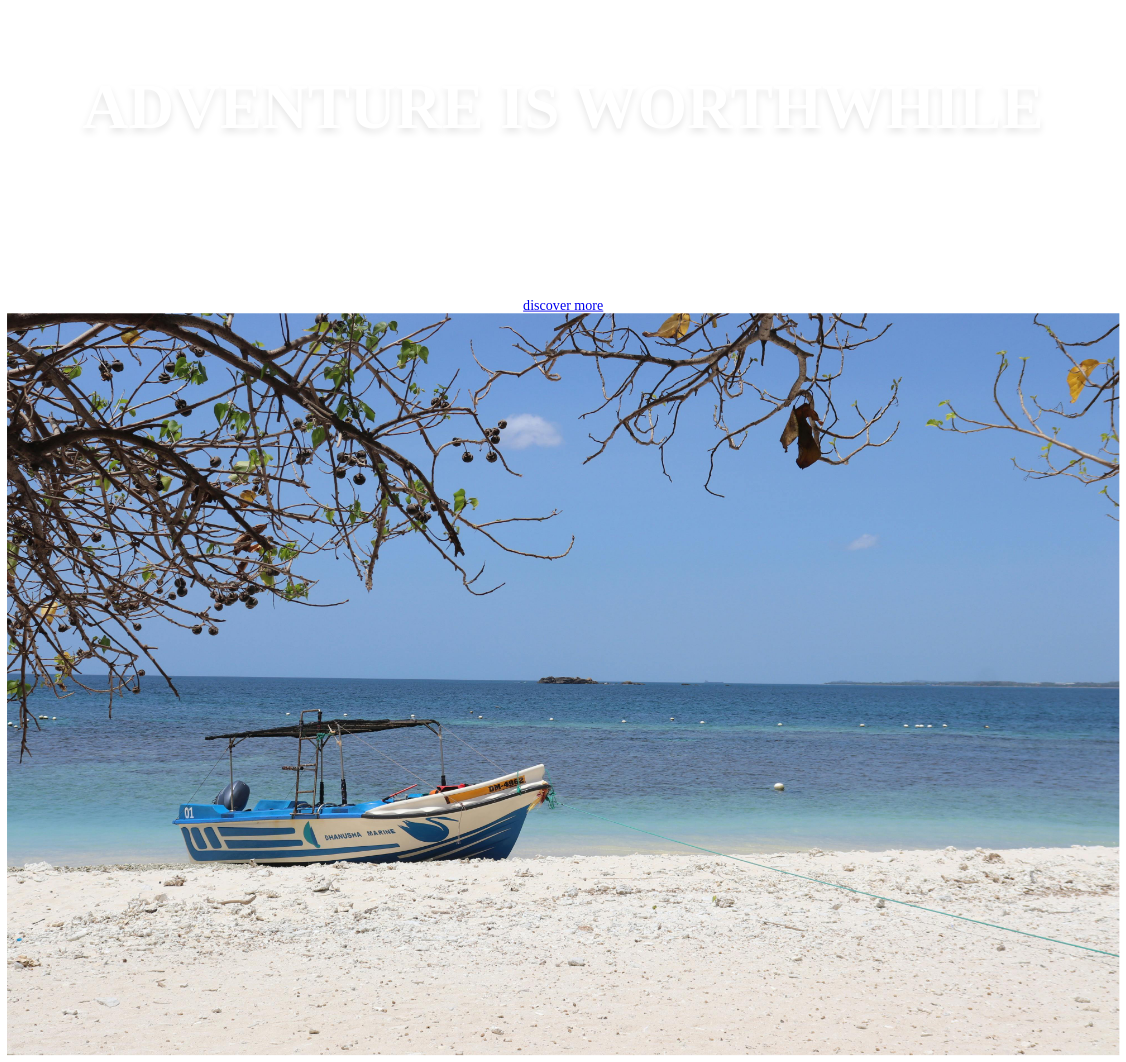
Repository: KasunInd27/Ceylon-Journey
Page: Home/home.html
An editor plug-in stored every save of this project. The page is shown before and after the next save, followed by the edit.
The browser window is 1280 px wide. The pictures show the whole page, at 88% of full size.

Above is the page before, as saved 2024-10-05 13:27:25.
Console error: SyntaxError: Unexpected token '<'

### Home/home.html
<!DOCTYPE html>
<html lang="en">
<head>
    <meta charset="UTF-8">
    <meta name="viewport" content="width=device-width, initial-scale=1.0">
    <!-- Font Awesome CDN link for using icons -->
    <link rel="stylesheet" href="https://cdnjs.cloudflare.com/ajax/libs/font-awesome/5.15.3/css/all.min.css">
    <link href="https://fonts.googleapis.com/css2?family=Roboto:wght@400;700&display=swap" rel="stylesheet">

    <link rel="stylesheet" href="CSS/home.css">
    <script src="JS/home.js"></script>
    <style>
        .mySlides {display:none;}
    </style>
    <title>Home Page</title>
</head>
<body>
    <section class="home" id="home">
        <div class="content">
            <h3>adventure is worthwhile</h3>
            <p>discover new places with us,adventure awaits</p>
            <a href="#" class="btn">discover more</a>
        </div>

        <div class="slide" style="max-width:100%">
            <img class="homeSlides" src="../image/train.jpg" style="width:100%">
            <img class="homeSlides" src="../image/elephants.jpg" style="width:100%">
            <img class="homeSlides" src="../image/boat.jpg" style="width:100%">
            <img class="homeSlides" src="../image/fish.jpg" style="width:100%">
            <img class="homeSlides" src="../image/arc.jpg" style="width:100%">
        </div>
    </section>

    <script>
        var myIndex = 0;
        carousel();

        function carousel() {
          var i;
          var x = document.getElementsByClassName("homeSlides");
          for (i = 0; i < x.length; i++) {
            x[i].style.display = "none";
          }
          myIndex++;
          if (myIndex > x.length) {myIndex = 1}
          x[myIndex-1].style.display = "block";
          setTimeout(carousel, 2000); // Change image every 2 seconds
        }
        </script>


</body>
</html>

### Home/CSS/home.css
.home.controls {
    padding: 1rem;
    border-radius: 5rem;
    background: rgba(0, 0, 0, .7);
    position: relative;
    top: 10rem;

}

.home .controls .img-btn {

    height: 2rem;
    width: 2rem;
    display: inline-block;
    border-radius: 50%;
    background: #fff;
    cursor: pointer;
    margin: 0 .5rem;

}
.home .controls .img-btn.active {
    background: var(--orange);

}
#home {
    min-height: 100vh;
    /* Ensures it takes up the full viewport height */
    display: flex;
    /* Enables flexbox layout */
    align-items: center;
    /* Vertically centers content */
    justify-content: center;
    /* Horizontally centers content */
    flex-flow: column;
    /* Aligns children in a column layout */
    position: relative;
    /* Allows child elements to use absolute positioning */
    z-index: 0;
    /* Ensures this section has the correct stacking order */
}
.home .content {
    text-align: center;
    /* Centers the text within the .content container */
}
/* Styles for h3 elements inside the .content class within the .home section */

.home .content h3 {
    font-size: 4.5rem;
    /* Sets a large font size for the heading */
    color: #fff;
    /* White text color */
    text-transform: uppercase;
    /* Makes the text uppercase */
    text-shadow: 0 .3rem .5rem rgba(0, 0, 0, .1);
    /* Adds a soft shadow to the text */
}

.home .content p {
    font-size: 2.5rem;
    /* Sets the font size for paragraphs inside the .content class in the .home section */
    color: #fff;
    /* Sets the text color to white */
    padding: 0.5rem 0;
    /* Adds vertical padding (top and bottom) of 0.5rem */
}

### Home/JS/home.js
<!DOCTYPE html>
<html lang="en">
<head>
    <meta charset="UTF-8">
    <meta name="viewport" content="width=device-width, initial-scale=1.0">
    <!-- Font Awesome CDN link for using icons -->
    <link rel="stylesheet" href="https://cdnjs.cloudflare.com/ajax/libs/font-awesome/5.15.3/css/all.min.css">
    <link href="https://fonts.googleapis.com/css2?family=Roboto:wght@400;700&display=swap" rel="stylesheet">

    <link rel="stylesheet" href="CSS/home.css">
    <script src="JS/home.js"></script>
    <style>.imgSlide {display:none;}</style>
    <title>Home Page</title>
</head>
<body>
    <section class="home" id="home">
        <div class="content">
            <h3>adventure is worthwhile</h3>
            <p>discover new places with us,adventure awaits</p>
            <a href="#" class="btn">discover more</a>
        </div>

        <div class="image-slide" style="max-width:500px">
            <img class="imgSlide" src="../image/train.jpg" style="width:100%">
            <img class="imgSlide" src="../image/elephants.jpg" style="width:100%">
            <img class="imgSlide" src="../image/boats.jpg" style="width:100%">
            <img class="imgSlide" src="../image/fish.jpg" style="width:100%">
            <img class="imgSlide" src="../image/arc.jpg" style="width:100%">

        </div>


    </section>
</body>
</html>

After the next save:
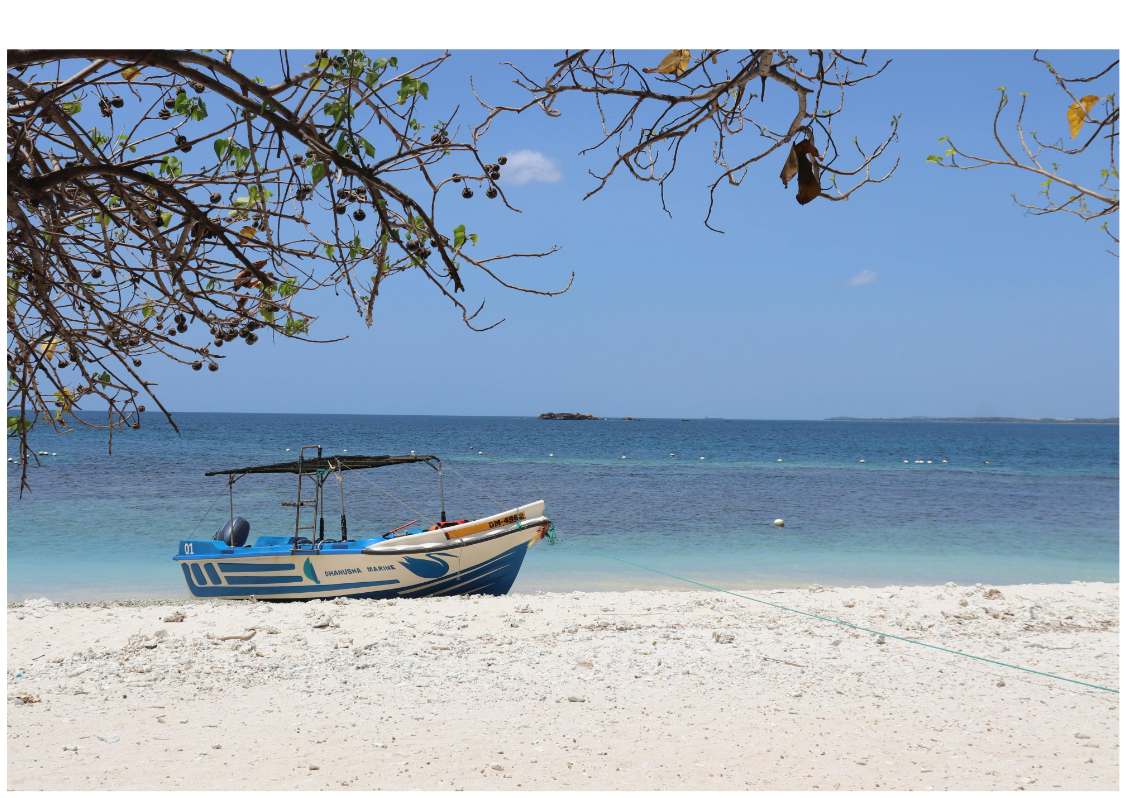
Saved 2 min 52 s later.
--- a/Home/CSS/home.css
+++ b/Home/CSS/home.css
@@ -63,3 +63,8 @@
     padding: 0.5rem 0;
     /* Adds vertical padding (top and bottom) of 0.5rem */
 }
+
+.slide
+{
+    margin-top: -300px;
+}

After the save that followed:
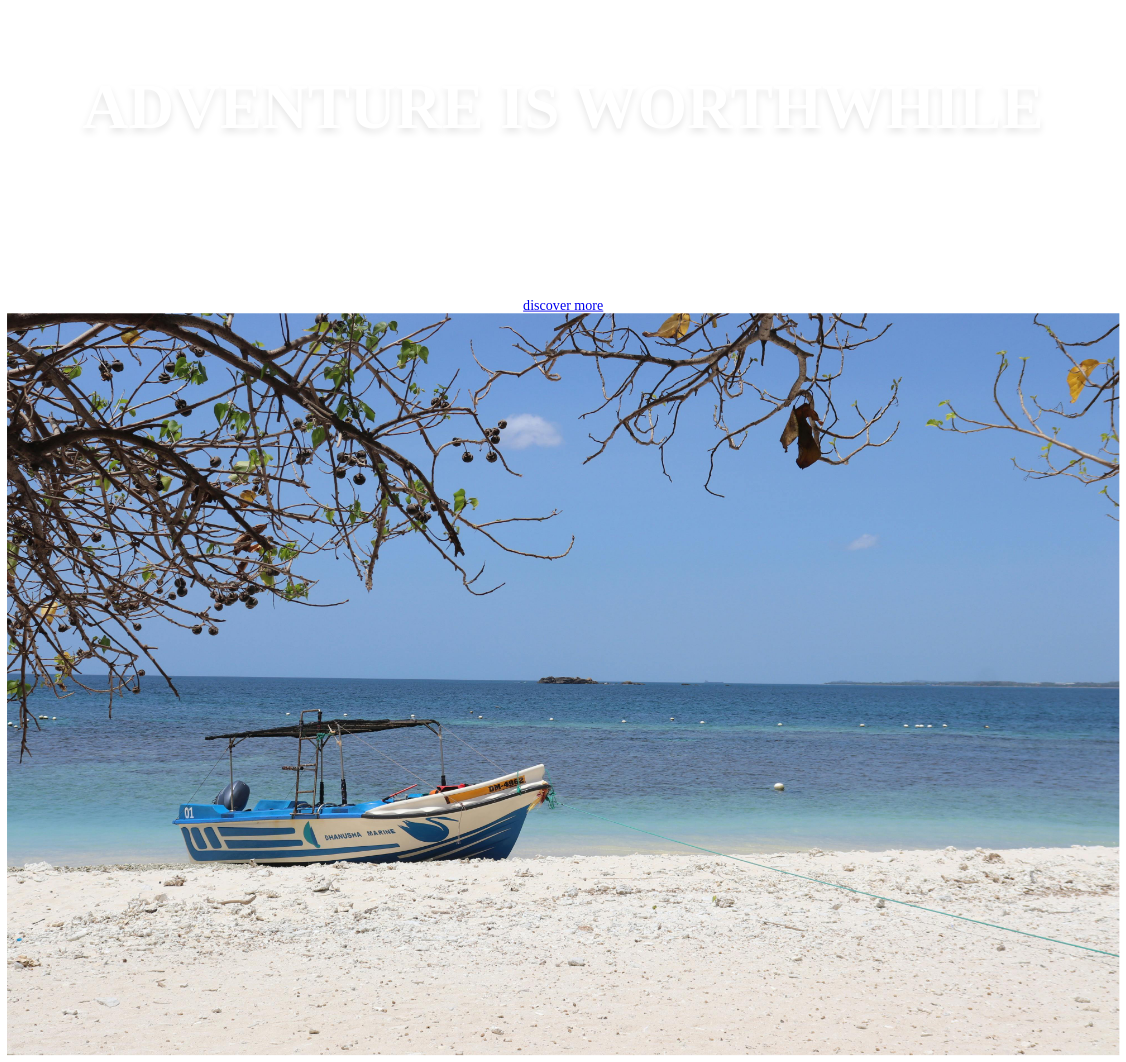
Saved 2 min 31 s later.
--- a/Home/CSS/home.css
+++ b/Home/CSS/home.css
@@ -66,5 +66,5 @@
 
 .slide
 {
-    margin-top: -300px;
+
 }
